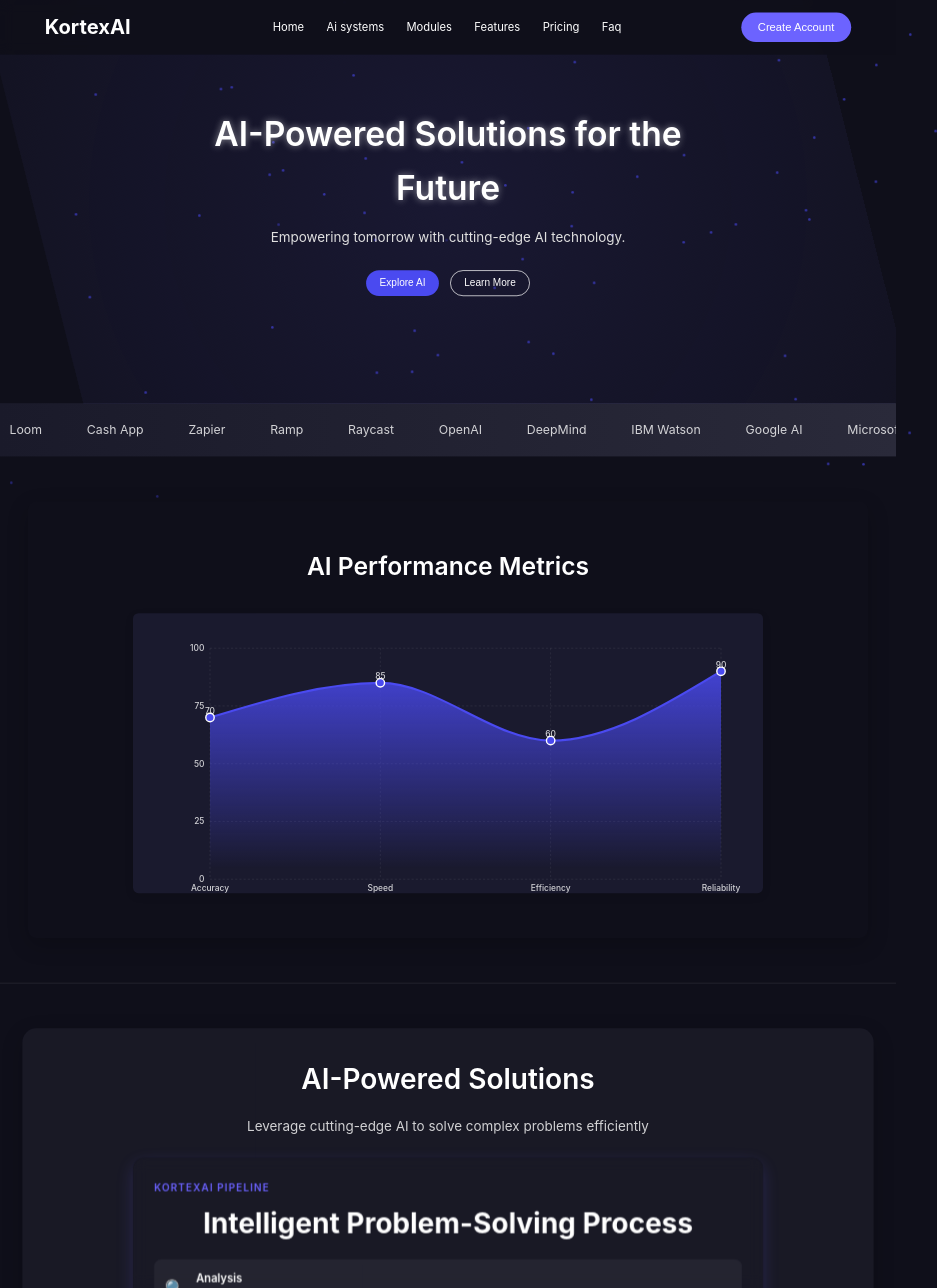
Repository: Rayyy-dev/Kortex-AI
Page: /
An editor plug-in stored every save of this project. The page is shown before and after a run of saves, followed by the edit.
The browser window is 1280 px wide. The page is 1338 px wide, so the pictures cover 1338 px, including what lies to the right of the window. The pictures show the part of the page from y = 0 to 1840 px (the page is 3557 px tall), at 70% of full size.
The project was rebuilt for these pictures with package versions that can differ from the ones it lists, and the page was loaded fresh each time.

Above is the page before, as saved 2024-10-15 21:18:14.

After the next 2 saves:
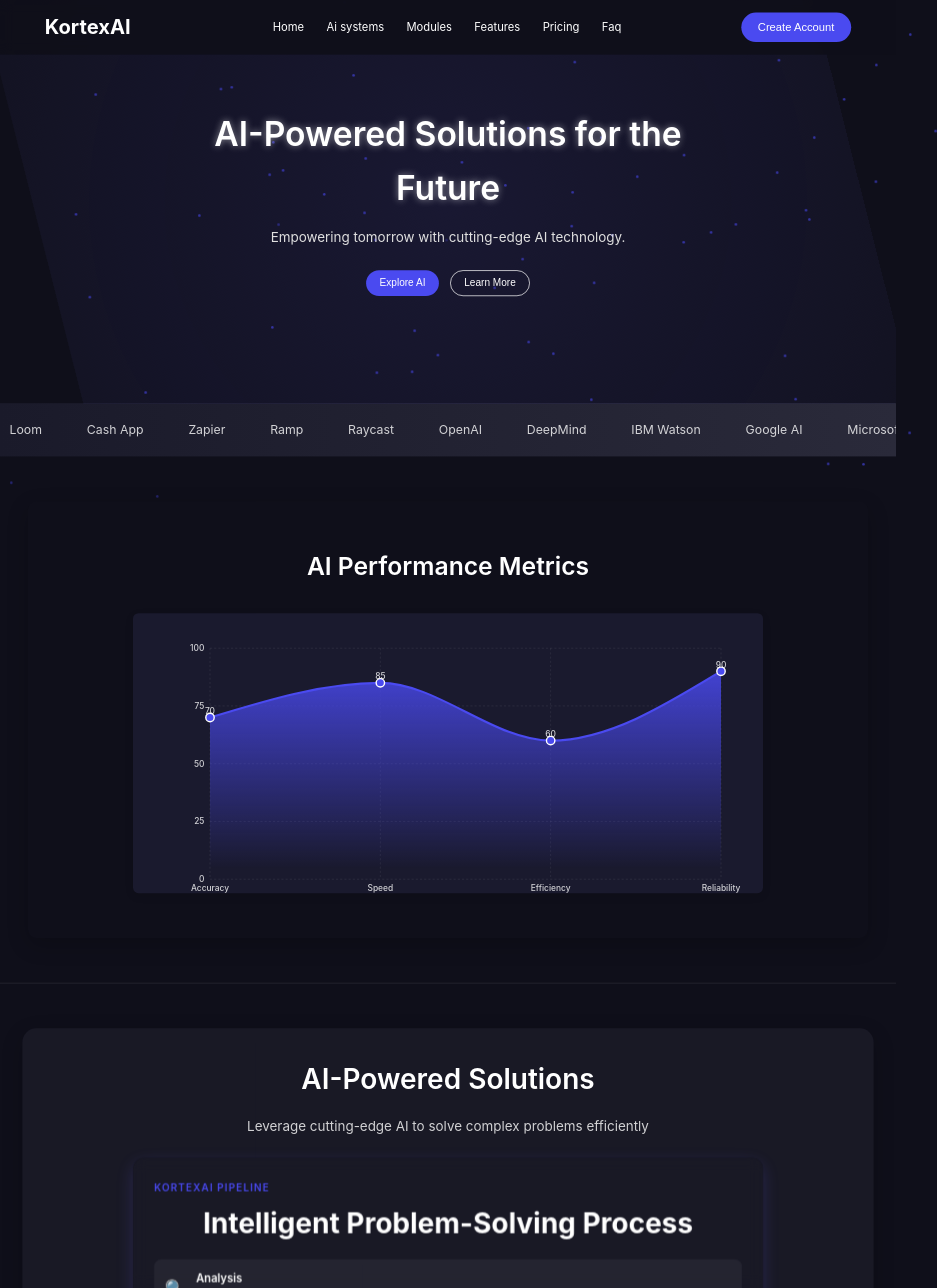
The 2 saves are shown as one change because they came seconds apart.
The last was saved 15 s later.
--- a/src/App.css
+++ b/src/App.css
@@ -6,13 +6,15 @@
 }
 
 :root {
-  --primary-color: #6C63FF;
-  --secondary-color: #4A47B1;
-  --background-color: #0F0F1A;
-  --text-color: #FFFFFF;
+  --primary-color: #4a4af0;
+  --secondary-color: #6c63ff;
+  --background-color: #0f0f1a;
+  --text-color: #ffffff;
   --accent-color: #FF6B6B;
   --gradient-start: rgba(108, 99, 255, 0.1);
   --gradient-end: rgba(74, 71, 177, 0.05);
+  --card-bg: rgba(255, 255, 255, 0.05);
+  --hover-color: rgba(74, 74, 240, 0.1);
 }
 
 body {
